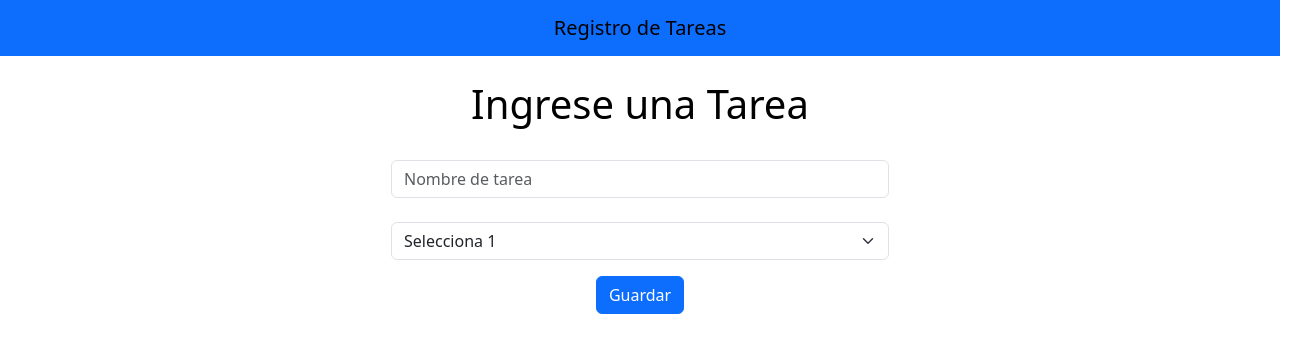
Repository: mgarrido0gb/registroTareas
Page: http://localhost/Tareas/Home
The author's editor kept a copy of each file at every save. The page is drawn from the files as they stood at one save, then again after the next save.
The browser window is 1280 px wide. The page is 1292 px wide, so the pictures cover 1292 px, including what lies to the right of the window. The pictures show the whole page.
The page is served by Tomcat 10. Other server files are loaded and not shown. Queries for data that is not in the repository find no rows.

Above is the page before, as saved 2024-05-21 22:29:07.

### Tareas/src/main/webapp/WEB-INF/home.jsp
<%@page import="models.Categoria"%>
<%@page import="models.Tarea"%>
<%@ page language="java" contentType="text/html; charset=ISO-8859-1"
    pageEncoding="ISO-8859-1" import="java.util.ArrayList" import="models.Tarea" import="models.Categoria"%>
<!doctype html>
<html lang="en">
  <head>
    <meta charset="utf-8">
    <meta name="viewport" content="width=device-width, initial-scale=1">
    <title>Registro Tareas</title>
    <link href="https://cdn.jsdelivr.net/npm/bootstrap@5.3.3/dist/css/bootstrap.min.css" rel="stylesheet" integrity="sha384-QWTKZyjpPEjISv5WaRU9OFeRpok6YctnYmDr5pNlyT2bRjXh0JMhjY6hW+ALEwIH" crossorigin="anonymous">
    <style type="text/css">
    	body{
    		background-color: white;
    		color: black;
    	}

    	li{
    		color: black;
    	}

    	.logotipo{
    		width: 30px;
    		height: 30px;
    	}






    </style>

  </head>
  <body>
  	<%
  		ArrayList<Categoria> cats = (ArrayList<Categoria>)request.getAttribute("cats");
  		ArrayList<Tarea> tareas = (ArrayList<Tarea>)request.getAttribute("tareas");

  	%>
  	<nav class="navbar navbar-expand-lg bg-primary">
    	<div class="container-fluid">
        	<a class="navbar-brand mx-auto" id="titulo" href="#">Registro de Tareas</a>
    	</div>
	</nav>

    <div class="container">
    	<div class="row justify-content-center">
        	<div class="col-12 col-md-9 col-lg-6">
            	<form action="/Tareas/Home" method="post">
                	<div class="p-4">
                    	<h1 class="text-center">Ingrese una Tarea</h1>
                    	<br>
                    	<div class="form-group">
                        	<input class="form-control" placeholder="Nombre de tarea" name="texto" type="text" required>
                    	</div>
                    	<br>
                    	<div class="col-12">
              				<select class="form-select" name="categoria_id" required>
                				<option selected value required>Selecciona 1</option>
                					<% for (Categoria c: cats) { %>
                						<option value="<%=c.id %>"><%=c.nombre %></option>
                					<% } %>
              				</select>
     					</div>
                    	<div class="text-center mt-3">
                        	<input type="submit" value="Guardar" class="btn btn-primary" onclick="mensaje()">
                    	</div>
                	</div>

            	</form>
        	</div>
    	</div>
	</div>






   <div class="row">
   		<div class="col-6 offset-3 d-block m-auto m-0 p-2 col-md-3">


    			<% for (Tarea t: tareas) { %>
    				<ul class="list-group text-center">
    					<li <% if (t.completada == true){ %>class="text-decoration-line-through text-danger"<% } %> class="list-group-item text-center">
    		 				<h5>Agregada el: <%=t.fecha %></h5>
    		 				<h6 class="text-center">(<%=t.texto%>)</h6>
    		 				<a href="/Tareas/CheckearTarea?id=<%=t.id%>"><img src="https://img.icons8.com/?size=48&id=sz8cPVwzLrMP&format=png" class="logotipo" onclick="check()" ></img></a>
    		 				<a href="/Tareas/GestionTarea?id=<%=t.id%>"><img src="https://img.icons8.com/?size=48&id=pre7LivdxKxJ&format=png" class="logotipo" onclick="eliminar()"></img></a>
    					</li>
    				<br>
    			<%}%>
    		</ul>

   		</div>
   </div>


   <script type="text/javascript">


   	function mensaje(){
   		alert("Tarea Agregada con éxito");
   	}

   	function eliminar(){
   		alert("Tarea eliminada con éxito");
   	}

   	function check(){
   		alert("Tarea Realizada con éxito");
   	}

   </script>
    <script src="https://cdn.jsdelivr.net/npm/bootstrap@5.3.3/dist/js/bootstrap.bundle.min.js" integrity="sha384-YvpcrYf0tY3lHB60NNkmXc5s9fDVZLESaAA55NDzOxhy9GkcIdslK1eN7N6jIeHz" crossorigin="anonymous"></script>
  </body>
</html>

### Tareas/src/main/java/servlets/Home.java
package servlets;

import jakarta.servlet.RequestDispatcher;
import jakarta.servlet.ServletException;
import jakarta.servlet.annotation.WebServlet;
import jakarta.servlet.http.HttpServlet;
import jakarta.servlet.http.HttpServletRequest;
import jakarta.servlet.http.HttpServletResponse;
import models.Categoria;
import models.Tarea;

import java.io.IOException;
import java.sql.SQLException;
import java.util.ArrayList;

import daos.CategoriaDao;
import daos.TareaDao;


/**
 * Servlet implementation class Home
 */
public class Home extends HttpServlet {
	private static final long serialVersionUID = 1L;

    /**
     * Default constructor.
     */
    public Home() {
        // TODO Auto-generated constructor stub
    }

	/**
	 * @throws IOException
	 * @throws ServletException
	 * @see HttpServlet#doGet(HttpServletRequest request, HttpServletResponse response)
	 */
	protected void doGet(HttpServletRequest request, HttpServletResponse response) throws ServletException, IOException  {
		// TODO Auto-generated method stub
		try {
			ArrayList<Tarea> tareas = TareaDao.getAll();
			System.out.println(tareas);
			request.setAttribute("tareas", tareas);

			ArrayList<Categoria> cats = CategoriaDao.getAll();
			request.setAttribute("cats", cats);
		} catch(SQLException e) {
			System.out.println(e);
		}


		// 2. Cargamos el JSP
		RequestDispatcher vista = request.getRequestDispatcher("WEB-INF/home.jsp");
		vista.forward(request, response);
	}

	/**
	 * @see HttpServlet#doPost(HttpServletRequest request, HttpServletResponse response)
	 */
	protected void doPost(HttpServletRequest request, HttpServletResponse response) throws ServletException, IOException {
		// TODO Auto-generated method stub
		String textoNuevaTarea = request.getParameter("texto");
		int categoria_id = Integer.parseInt(request.getParameter("categoria_id"));
		try {
			TareaDao.addNew(textoNuevaTarea,categoria_id);

		} catch (SQLException e) {
			// TODO Auto-generated catch block
			e.printStackTrace();
		}


		response.sendRedirect("/Tareas/Home");
	}

}

### Tareas/src/main/java/daos/TareaDao.java
package daos;

import java.sql.Connection;
import java.sql.PreparedStatement;
import java.sql.ResultSet;
import java.sql.SQLException;
import java.sql.Statement;
import java.util.ArrayList;

import models.Categoria;
import models.MyConn;
import models.Tarea;

public class TareaDao {

	static public void addNew(String textoNuevaTarea, int categoria_id) throws SQLException {
		//1.-  nueva conexion
		Connection conn = MyConn.getConnection();
		//2.- consulta
		PreparedStatement consulta =conn.prepareStatement("INSERT INTO TAREAS (texto,categoria_id) values(?,?)");
		consulta.setString(1, textoNuevaTarea);
		consulta.setInt(2, categoria_id);
		consulta.execute();
	}

	static public void deleteById (int idTarea) throws SQLException {
		// 1. Pedimos una conexion nueva
		Connection conn = MyConn.getConnection();
		// 2. Creamos la consulta
		PreparedStatement stmt = conn.prepareStatement(
			"delete from tareas where id=?"
		);
		stmt.setInt(1, idTarea);
		// 3. Ejecutar la stmt
		stmt.executeUpdate();
	  }

	static public void checkById (int idTarea) throws SQLException {
		// 1. Pedimos una conexion nueva
		Connection conn = MyConn.getConnection();
		// 2. Creamos la consulta
		PreparedStatement stmt = conn.prepareStatement(
			"update tareas set completada = true where id = ?"
		);
		stmt.setInt(1, idTarea);
		// 3. Ejecutar la stmt
		stmt.executeUpdate();
	  }





	static public ArrayList<String> get_textos () throws SQLException {
		// 1. Creamos un ArrayList vacío
		ArrayList<String> textos = new ArrayList<String>();
		// 2. Pedimos una conección nueva
		Connection conn = MyConn.getConnection();
		// 3. Creamos y ejecutamos la consulta
		Statement consulta = conn.createStatement();
		ResultSet respuesta = consulta.executeQuery("select * from tareas ");

		// 4. Vamos llenando el ArrayList con lo que tenga la respuesta
		while (respuesta.next()) {
		  textos.add( respuesta.getString("texto") );
		}
		// 5. Retornamos el ArrayList, ahora lleno
		return textos;
	  }



	static public ArrayList<Tarea> getAll () throws SQLException {
		// 1. Creamos un ArrayList vacío
		ArrayList<Tarea> tareas = new ArrayList<Tarea>();
		// 2. Pedimos una conección nueva
		Connection conn = MyConn.getConnection();
		// 3. Creamos y ejecutamos la consulta
		Statement consulta = conn.createStatement();
		ResultSet respuesta = consulta.executeQuery("select * from tareas");

		// 4. Vamos llenando el ArrayList con lo que tenga la respuesta
		while (respuesta.next()) {
			Tarea t = new Tarea(
					respuesta.getInt("id"),
					respuesta.getString("texto"),
					respuesta.getBoolean("completada"),
					respuesta.getDate("fecha")


			);
		  tareas.add(t);
		}
		return tareas;
	  }
}

### Tareas/src/main/java/models/MyConn.java
package models;

import java.sql.Connection;
import java.sql.DriverManager;
import java.sql.SQLException;

public class MyConn {
	static final String URL = "jdbc:postgresql://localhost/ejemplo_dao";
	static final String USER = "postgres";
	static final String PASSWORD = "12345";
	static final String DRIVER = "org.postgresql.Driver";

	static public Connection conn = null;

    static public Connection getConnection () {
      if (conn != null) {
        return conn;
      }
      try {
    	Class.forName(DRIVER);
    	conn = (Connection) DriverManager.getConnection(URL, USER, PASSWORD);
      }
      catch (ClassNotFoundException | SQLException e) {
    	e.printStackTrace();
      }
      return conn;
    }
}

### Tareas/src/main/java/daos/CategoriaDao.java
package daos;

import java.sql.Connection;
import java.sql.ResultSet;
import java.sql.SQLException;
import java.sql.Statement;
import java.util.ArrayList;

import models.Categoria;
import models.MyConn;


public class CategoriaDao {
	static public ArrayList<Categoria> getAll () throws SQLException {
		// 1. Creamos un ArrayList vacío
				ArrayList<Categoria> categorias = new ArrayList<Categoria>();
				// 2. Pedimos una conección nueva
				Connection conn = MyConn.getConnection();
				// 3. Creamos y ejecutamos la consulta
				Statement consulta = conn.createStatement();
				ResultSet respuesta = consulta.executeQuery("select * from categorias order by id");

				// 4. Vamos llenando el ArrayList con lo que tenga la respuesta
				while (respuesta.next()) {
				  Categoria t = new Categoria(
					respuesta.getInt("id"),
					respuesta.getString("nombre")
				  );
				  categorias.add( t );
				}
			  // 5. Retornamos el ArrayList, ahora lleno
			  return categorias;
}}

After the next save:
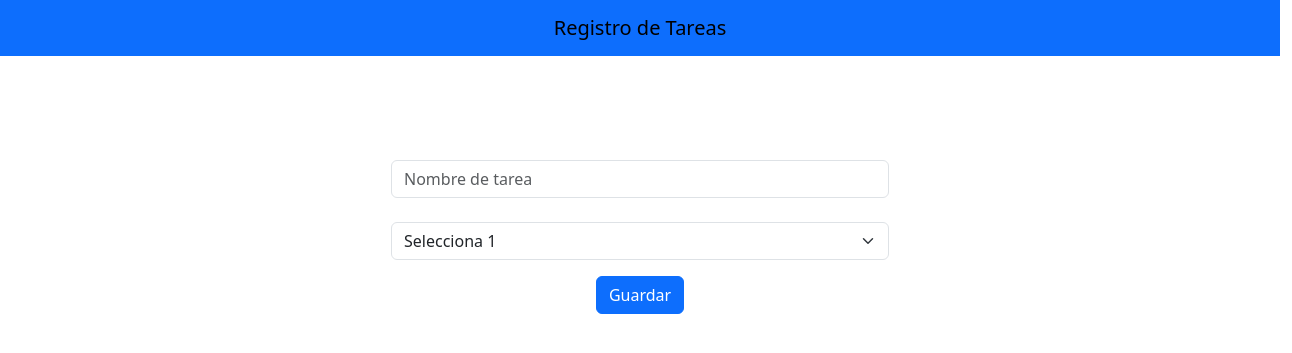
Saved 10 s later.
--- a/Tareas/src/main/webapp/WEB-INF/home.jsp
+++ b/Tareas/src/main/webapp/WEB-INF/home.jsp
@@ -12,17 +12,13 @@
     <style type="text/css">
     	body{
     		background-color: white;
-    		color: black;
+    		color: white;
     	}
 
     	li{
     		color: black;
     	}
 
-    	.logotipo{
-    		width: 30px;
-    		height: 30px;
-    	}
 
 
 

After the save that followed:
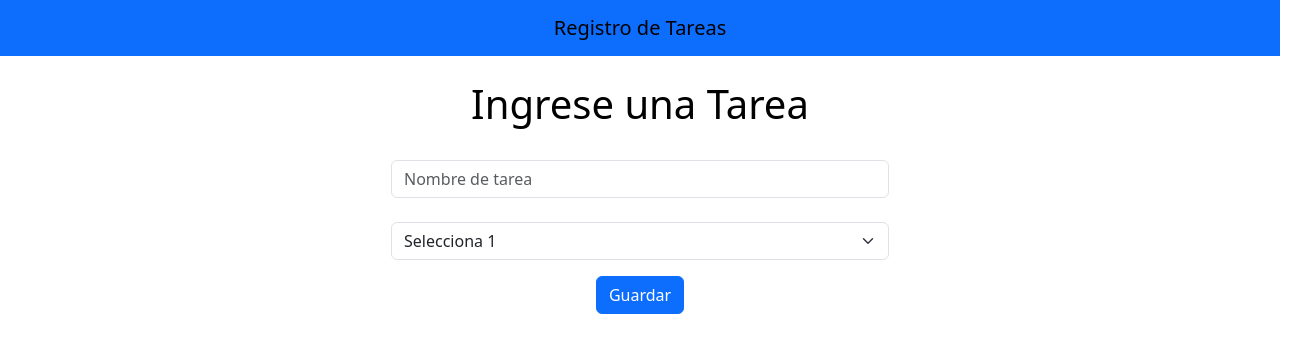
Saved 14 s later.
--- a/Tareas/src/main/webapp/WEB-INF/home.jsp
+++ b/Tareas/src/main/webapp/WEB-INF/home.jsp
@@ -12,7 +12,7 @@
     <style type="text/css">
     	body{
     		background-color: white;
-    		color: white;
+    		color: black;
     	}
 
     	li{
